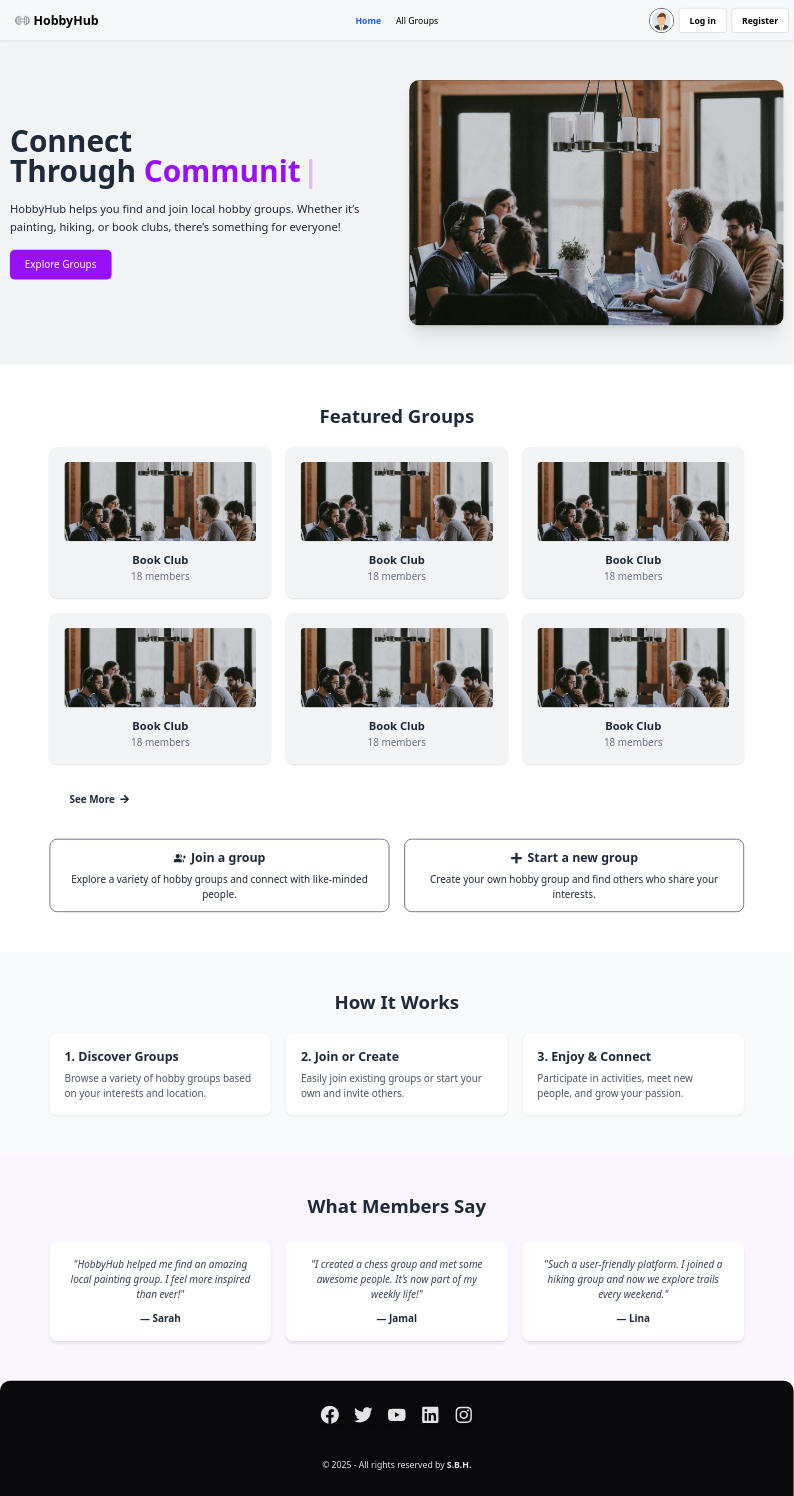
Repository: syedbayzid82849/Hobby_Hub_Client_site
Page: /
These files come from the project's save history. The page is drawn as it stood at one moment and after a run of saves; the edit follows.
The browser window is 1280 px wide. The pictures show the whole page, at 62% of full size.
The project was rebuilt for these pictures with package versions that can differ from the ones it lists, and the page was loaded fresh each time. Also part of the build but not shown: src/App.jsx, src/Pages/Register/Register.jsx, src/Pages/Login/Login.jsx, src/Pages/Profile/Profile.jsx, src/Pages/createGroup/createGroup.jsx, src/Pages/myGroup/myGroup.jsx, src/Routes/PrivateRoute.jsx, src/Pages/AllGroups/AllGroups.jsx.

Above is the page before, as saved 2025-05-22 09:09:12.

After the next 2 saves:
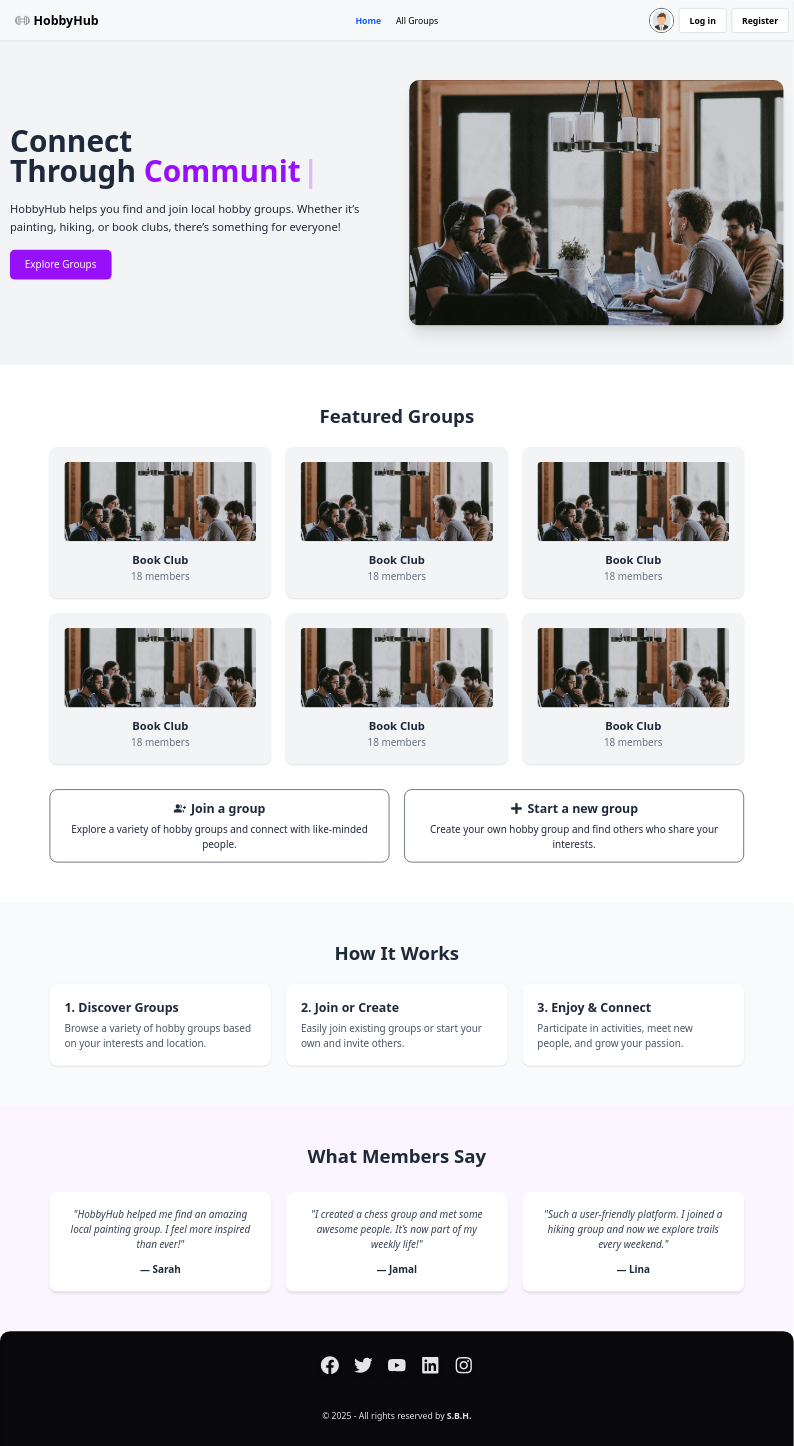
The 2 saves are shown as one change because they came seconds apart.
The last was saved 28 s later.
--- a/src/Pages/Home/Home.jsx
+++ b/src/Pages/Home/Home.jsx
@@ -119,7 +119,7 @@ const Home = () => {
                             <p className="text-gray-500">18 members</p>
                         </div>
                     </div>
-                    <button type="button" className="flex mt-8 px-8 py-3 font-semibold rounded-full dark:bg-gray-800 dark:text-gray-100"><span className=''>See More</span><span className=' pt-1 ml-2'><FaArrowRight /></span></button>
+
                 </div>
                 <div className="max-w-6xl mx-auto px-4 text-center pt-10">
                     <div className="grid grid-cols-1 md:grid-cols-2 gap-6 text-center">
